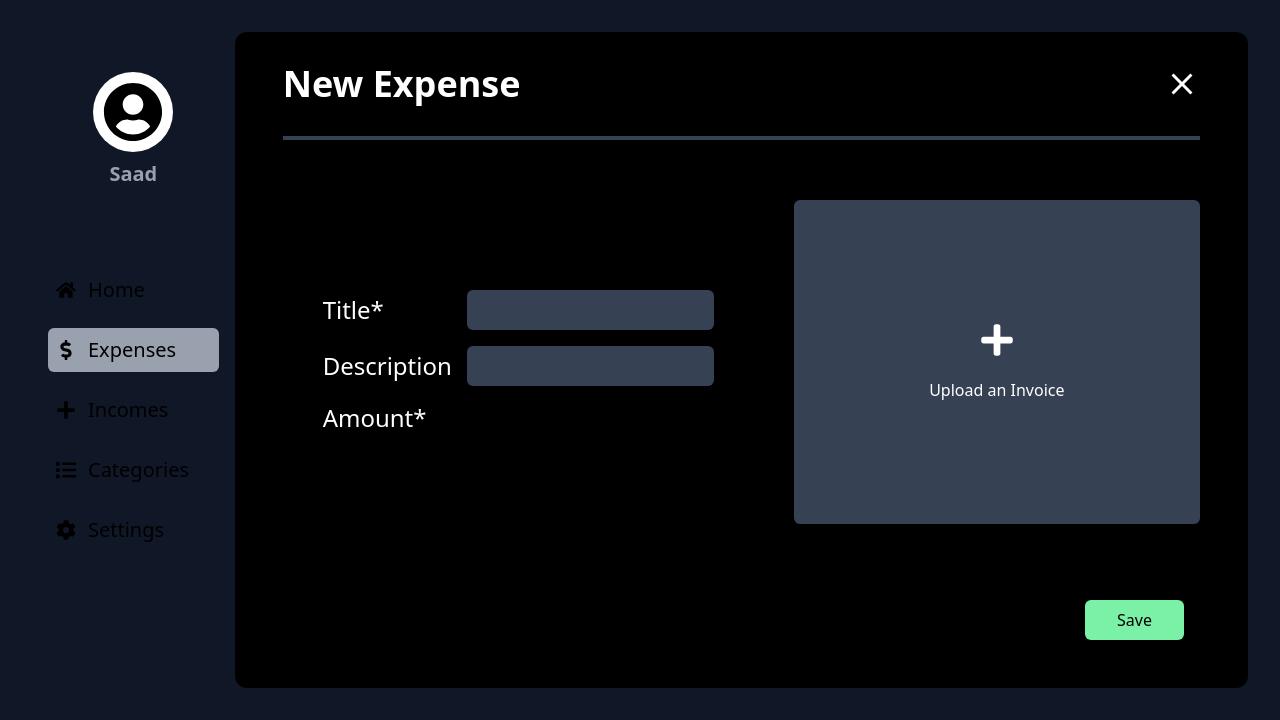
Repository: saad-naveed-brainx/Expense
Page: /expenses
These files come from the project's save history. The page is drawn as it stood at one moment and after the next save; the edit follows.
The browser window is 1280 px wide. The pictures show the whole page.
The project was rebuilt for these pictures with package versions that can differ from the ones it lists, and the page was loaded fresh each time. Also part of the build but not shown: vite.config.js, src/components/LandingPage.jsx, src/components/NotUsed.jsx.

Above is the page before, as saved 2025-09-04 17:15:49.

After the next save:
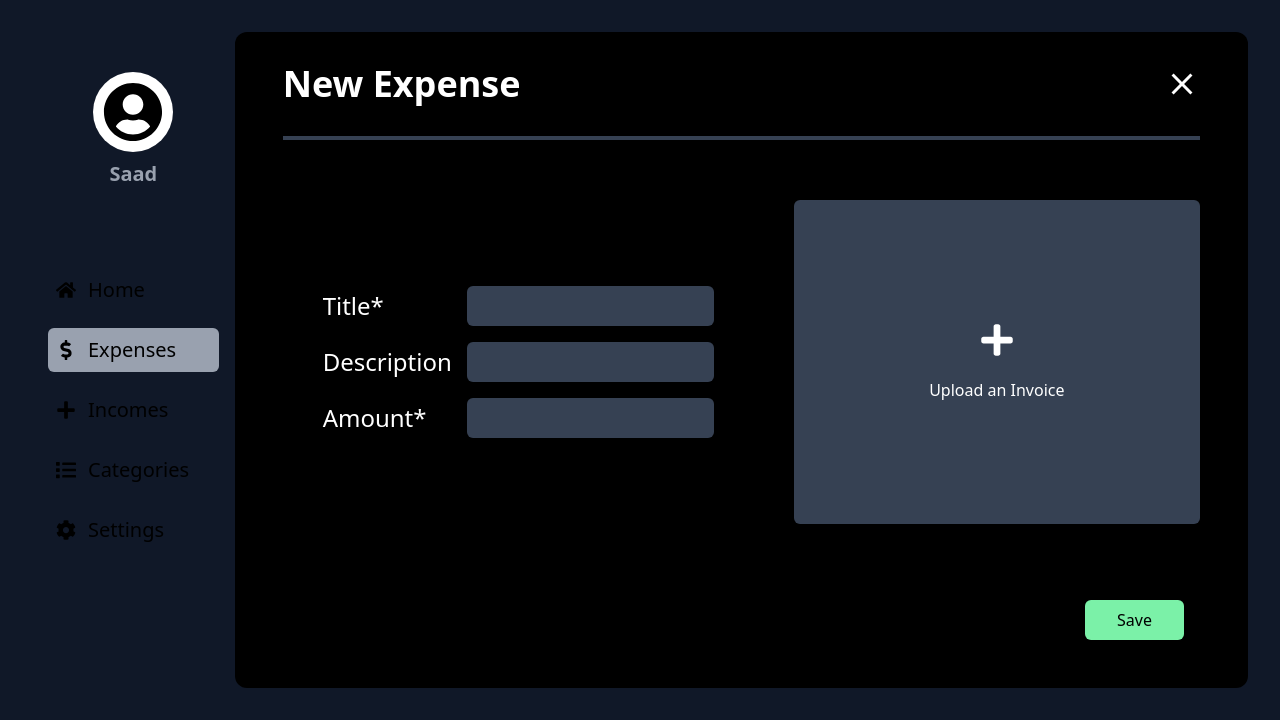
Saved 4 s later.
--- a/src/components/Expenses.jsx
+++ b/src/components/Expenses.jsx
@@ -40,7 +40,7 @@ export default function Expenses() {
             </div>
             <div className='flex gap-4 items-center'>
               <h1 className='text-2xl w-32 shrink-0'>Amount*</h1>
-
+              <input type="number" className='bg-gray-700 rounded-md p-2 flex-1 min-w-0' {...register("amount", {required:true})} />
             </div>
           </form>
         </div>
